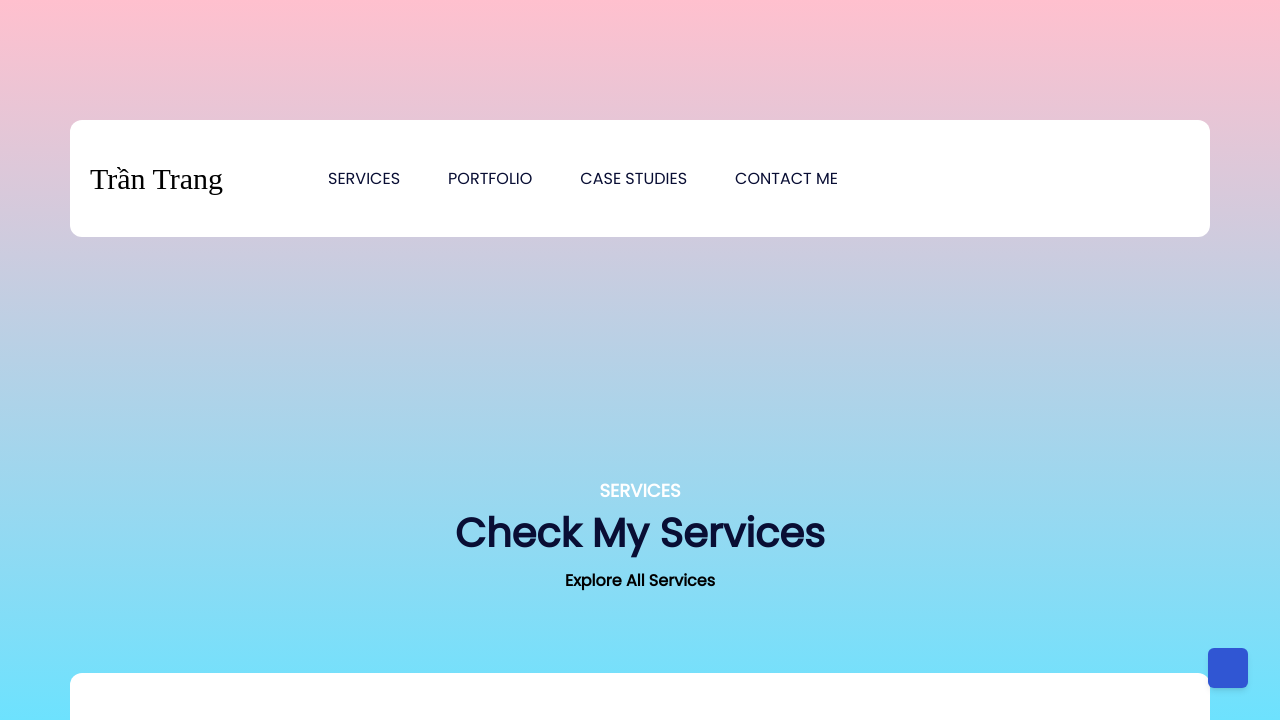
Repository: trantrang2101/CV
Page: index.html
These files come from the project's save history. The page is drawn as it stood at one moment and after the next save; the edit follows.
The browser window is 1280 px wide. The pictures show the whole page.
An inner scrolling area shows only its first screen. Some web fonts or font styles are not loaded; a fallback is used.

Above is the page before, as saved 2022-07-13 20:18:42.
Console error: TypeError: Cannot read properties of null (reading 'offsetTop')

After the next save:
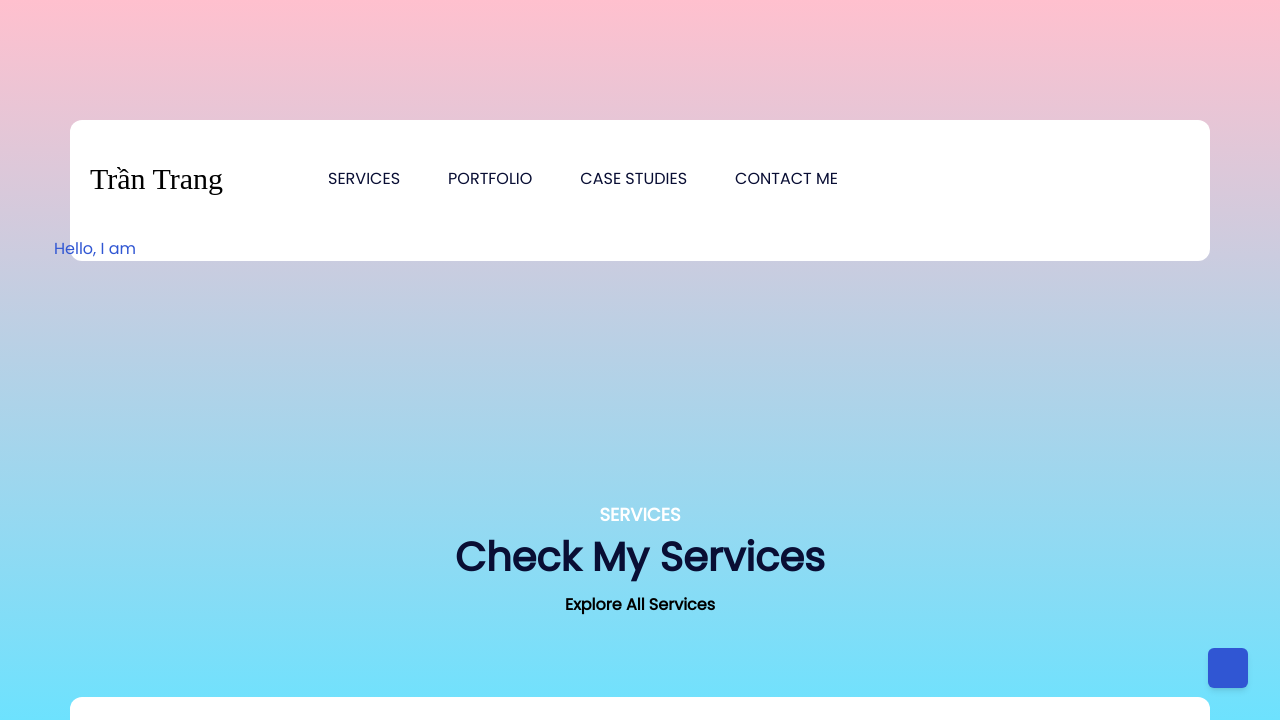
Saved 8 s later.
--- a/index.html
+++ b/index.html
@@ -72,7 +72,7 @@
                 </div>
                 <div class="flex flex-wrap -mx-4">
                     <div class="w-full lg:w-3/4 my-8 md:w-full">
-                        <span class="text-primary"></span>
+                        <span class="text-primary">Hello, I am</span>
                     </div>
                 </div>
             </div>
